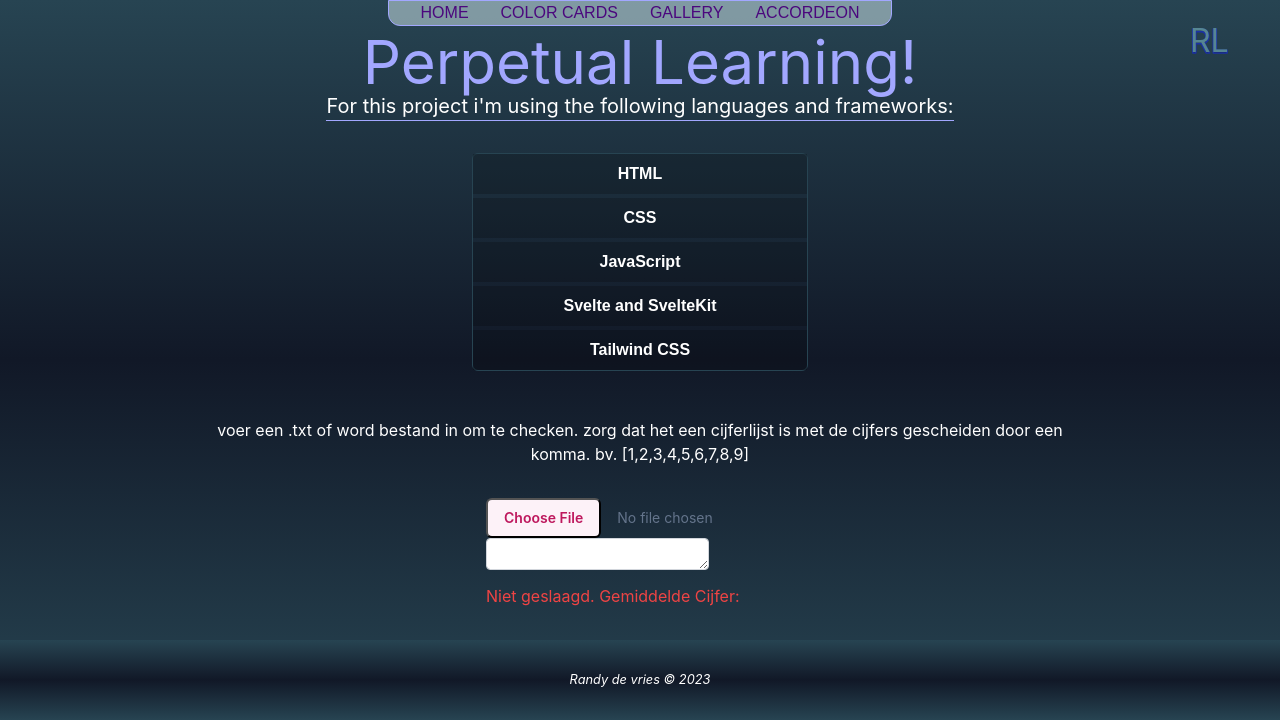
Repository: Freezler/svelte-app
Page: /links
The author's editor kept a copy of each file at every save. The page is drawn from the files as they stood at one save, then again after the next save.
The browser window is 1280 px wide. The pictures show the whole page.
The project was rebuilt for these pictures with package versions that can differ from the ones it lists, and the page was loaded fresh each time. The framework's server and built-in components were replaced by stand-ins that run in the browser. Also part of the build but not shown: svelte.config.js, vite.config.js.

Above is the page before, as saved 2023-11-12 11:44:03.

### src/app.html
<!DOCTYPE html>
<html lang="en">
	<head>
		<meta charset="utf-8" />
		<link rel="icon" href="%sveltekit.assets%/favicon.png" />
		<meta name="viewport" content="width=device-width" />
		%sveltekit.head%
		<title>SvelteKitProject</title>
	</head>
	<body data-sveltekit-preload-data="hover">
		<div style="display: contents">%sveltekit.body%</div>
	</body>
</html>

### src/routes/+layout.svelte
<script>
  import '../app.css';
  import Navbar from '../components/Navbar.svelte';
  import Footer from '../components/Footer.svelte';
</script>

<html lang="en" class="select-none scroll-smooth">
  <head>
    <!-- Add any necessary head content here -->
  </head>
  <body class=" flex flex-col h-full overflow-scroll">
    <Navbar />
    <main>
      <slot />
    </main>
    <Footer />
  </body>
</html>

### src/routes/links/+page.svelte
<script>
	import { onDestroy, onMount } from 'svelte';
	onMount(() => console.log('Mounted Links page'));
	onDestroy(() => console.log('Unmounted Links page'));
	import CijferlijstInput from '../../components/CijferlijstInput.svelte';
	import Accordion from '../../components/Accordion.svelte';

</script>

<main
	class=" z-100 flex h-screen scroll-smooth justify-center items-center w-screen flex-col bg-gradient-to-b from-astral-900 via-gray-900 to-astral-900 overflow-scroll pb-24"
>
<div class="flex flex-col w-[100%] items-center justify-center font-sans h-screen ">
	<h1 class="animate-slow-slide-down text-3xl sm:text-5xl md:text-6xl xl:8xl text-purpleone-300  ">Perpetual Learning!</h1>
	<p class="animate-slow-slide-up text-xs sm:text-[16px] md:text-xl xl:2xl text-white border-b-[1px]  border-purpleone-300 text-purpleone600">For this project i'm using the following languages and frameworks:</p>
	<Accordion />
</div>
<div class="flex flex-col w-[100%] items-center justify-center"></div>
		<CijferlijstInput />
</main>

### src/app.css
@import 'tailwindcss/base';
@import 'tailwindcss/components';
@import 'tailwindcss/utilities';

/* Your custom CSS goes here */
body {
	scroll-behavior: smooth;
}

body * {
	-moz-scrollbar-width: none;
	scrollbar-width: none;
	-ms-overflow-style: none;
}

### src/components/Navbar.svelte
<script>
	let showNav = false;

	const toggleNav = () => {
		showNav = !showNav;
		const body = document.body;

		if (showNav) {
			body.classList.add('overflow-hidden');
		} else {
			body.classList.remove('overflow-hidden');
		}
	};
</script>

<nav
	class=" fixed bottom-0 z-40 flex h-20 w-[100%] select-none items-center justify-between text-center antialiased focus:select-none md:right-0 md:top-0 md:justify-center"
>
	<a href="/" class="ml-3 flex h-16 select-none items-center focus:select-none "
		><svg
			class="flex h-20 animate-pulse md:right-0 md:absolute"
			version="1.1"
			xmlns="http://www.w3.org/2000/svg"
			width="100"
			height="100"
			viewBox="0 0 100 100"
		>
			<!-- Outline -->
			<text
				class="select-none focus:select-none shadow-xl animate-slow-slide-down "
				x="0"
				y="66"
				font-size="40"
				fill="red3"
				stroke="#12ff"
				stroke-width="2"
				stroke-linejoin="round">RL</text
			>
			<!-- Text -->
			<text class="animate-slow-slide-in" x="0" y="65" font-size="40" fill="#87ccd9">RL</text>
		</svg></a
	>

	<!-- Hamburger voorS  mobile/kleine schermen -->
	<button
		class=" mr-8 select-none text-white focus:select-none active:select-none md:hidden"
		on:click={toggleNav}
	>
		<div class="relative flex h-6 w-6 items-center">
			<span
				class={' absolute block h-[2px] w-5 origin-center bg-blueone-50 transition-transform'}
				class:rotate-45={showNav}
				class:top-2={!showNav}
			></span>
			<span
				class={'z-2000 absolute block h-[2px] w-5 origin-center bg-white blur-none transition-transform'}
				class:-rotate-45={showNav}
				class:bottom-2={!showNav}
			></span>
			<span
				class={'z-2000 absolute block h-[2px] w-5 origin-center bg-white blur-none transition-transform'}
				class:-rotate-45={showNav}
				class:bottom-2={!showNav}
			></span>
		</div>
	</button>

	<div
		class={`absolute top-0 z-50	hidden  -[80px] select-none rounded-b-xl text-purplethree-950  font-display uppercase  items-center justify-center gap-8 px-8 border-[1px] border-purpleone-300   bg-astral-100 bg-opacity-50  bg-cover bg-center    md:flex ${
			showNav ? 'hidden' : 'block'
		}`}
	>
	    <a href="/" class="hover:text-cyan-200 hover:bg-slate-500 ">Home</a>
		<a href="/blogs" class="hover:text-cyan-200 hover:bg-slate-500  ">Color Cards</a>
		<a href="/about" class="hover:text-cyan-200 hover:bg-slate-500">Gallery</a>
		<a href="/links" class="hover:text-cyan-200 hover:bg-slate-500">Accordeon</a>
	</div>
</nav>

<!-- Conditional Mobile Menu Overlay -->
{#if showNav}
	<div
		class=" fixed inset-0 z-50 flex animate-slow-fade-in select-none items-center justify-center bg-gray-800 bg-opacity-40 backdrop-blur-[2px]"
		on:click={toggleNav}
		on:keypress={toggleNav}
		role="button"
		tabindex="0"
	>
		<div
			class="absulute flex select-none flex-col items-center text-2xl text-gray-200 opacity-100 transition-opacity duration-100 ease-in-out"
		>
			<a href="/" tabindex="0" class="text-cyan-200"
				><svg xmlns="http://www.w3.org/2000/svg" width="80" height="80" viewBox="0 0 80 80">
					<!-- Outline -->
					<text
						x="16"
						y="50"
						font-family="Inter"
						font-size="40"
						fill="cyan"
						stroke="#dfe2ff"
						stroke-width="6"
						stroke-linejoin="round">RL</text
					>
					<!-- Text -->
					<text x="16" y="50" font-family="Inter" font-size="40" fill="indigo">RL</text>
				</svg>
				<hr class="mb-6 w-full border-bluetwo-400" /></a
			>
			<a href="/projects" tabindex="0" class="text-[#b910377e]">under construction..</a>
			<a href="/blogs" tabindex="0" class="text-[#dfe2ff]">Color Cards</a>
			<a href="/about" tabindex="0" class="text-[#dfe2ff]">Gallery</a>
			<a href="/links" tabindex="0" class="text-[#dfe2ff]">Accordeon</a>
		</div>
	</div>
{/if}

### src/components/Footer.svelte
<script>
</script>

<div class="bg-opacity-70 bg-gradient-to-b from-astral-900 via-gray-900 to-astral-900 bg-cover bg-center bg-no-repeat bg-blone-300  fixed w-screen bottom-0 h-20 flex items-center p-0 m-0">
  <div class="flex w-full items-center justify-around">
	<!-- GitHub icon -->
	<small class="text-white italic">Randy de vries &copy; {new Date().getFullYear()}</small>
  </div>
</div>

### src/components/CijferlijstInput.svelte
<!-- FileInput.svelte -->
<script>
  import { onMount } from 'svelte';

  export let fileContent = '';
  export let isSuccess = false;
  let gemiddeldeCijfer = '';

  function handleFileInput(event) {
	const file = event.target.files[0];

	if (file) {
	  const reader = new FileReader();

	  reader.onload = function (e) {
		const content = e.target.result;
		if (content.trim() !== '') {
		  fileContent = content;
		  isSuccess = true;
		  gemiddeldeCijfer = calculateGemiddeldeCijfer(fileContent);
		}
	  };

	  reader.readAsText(file);
	}
  }

  function calculateGemiddeldeCijfer(content) {
	const cijfers = content.split('\n').filter(line => line.trim() !== '').map(Number);
	const totaal = cijfers.reduce((acc, curr) => acc + curr, 0);
	return totaal / cijfers.length;
  }
</script>
<div class="text-center text-white -translate-y-4 w-[70%]"><h3>voer een .txt of word bestand in om te checken.
	zorg dat het een cijferlijst is met de cijfers gescheiden door een komma. bv. [1,2,3,4,5,6,7,8,9]
</h3></div>
<div class="p-4 min-w-[340px]">
  <input
	type="file"
	accept=".txt, .doc, .docx"
	on:change={handleFileInput}
	class="block w-full text-sm text-slate-500 file:mr-4 file:py-2 file:px-4 file:rounded-md file:border-1 file:text-sm file:font-semibold file:bg-pink-50 file:text-pink-700 hover:file:bg-pink-100"
  />
  <textarea bind:value={fileContent} class=" h-[2rem] w-[fit-content] border border-gray-300 rounded p-2"></textarea>

  {#if isSuccess}
	<h3 class="text-green-500 mt-2 mx-auto">Van harte gefeliciteerd, je bent geslaagd! Gemiddelde Cijfer: {gemiddeldeCijfer}</h3>
  {:else}
	<h3 class="text-red-500 mt-2 mx-auto">Niet geslaagd. Gemiddelde Cijfer: {gemiddeldeCijfer}</h3>
  {/if}
</div>

### src/components/Accordion.svelte
<script>
	let panels = [
		{
			title: 'HTML',
			content:
				'HTML is the standard markup language for documents designed to be displayed in a web browser.'
		},
		{ title: 'CSS', content: 'CSS is used to define styles for your web pages' },
		{
			title: 'JavaScript',
			content: 'JavaScript is used to add interactivity to your web pages'
		},
		{
			title: 'Svelte and SvelteKit',
			content: 'Svelte and SvelteKit are both JavaScript frameworks'
		},
		{ title: 'Tailwind CSS', content: 'Tailwind CSS is a utility-first CSS framework' }
	];

	let expandedPanel = null;

	function togglePanel(panel) {
		if (expandedPanel === panel) {
			expandedPanel = null;
		} else {
			expandedPanel = panel;
		}
	}
</script>

<div class="bg-transparent animate-slow-slide-up z-60 wrapper max-w-[400px] mx-auto mt-[0] w-[80%] text-center rounded-sm p-8">
	<div class="flex flex-col space-y-1  rounded-md border-[1px] border-astral-900">
		{#each panels as panel}
			<!-- svelte-ignore a11y-no-static-element-interactions -->
			<div
				class="relative isolate animate-fast-fade-in overflow-hidden"
				on:click={() => togglePanel(panel)}
				on:keydown={() => togglePanel(panel)}
				aria-roledescription="accordion"
			>
				<div class="" aria-expanded={panel === expandedPanel}>
					<!-- svelte-ignore empty-block -->
					{#if panel === expandedPanel}{/if}
					<div
						class="relative isolate grid place-items-center bg-[rgba(0,0,0,0.2)] p-2 font-display font-bold text-white"
					>
						{panel.title}
					</div>
				</div>
				{#if expandedPanel === panel}
					<div
						class="max-w-[100%] z-20 animate-slow-fade-in bg-astral-900 bg-opacity-70 px-6 py-0"
					>
						<svg
							xmlns="http://www.w3.org/2000/svg"
							class="icon icon-tabler icon-tabler-chevron-up mx-auto animate-pulse"
							width="24"
							height="24"
							viewBox="0 0 24 24"
							stroke-width="1.5"
							stroke="white"
							fill="rgba(39, 68, 82, 100%)"
							stroke-linecap="round"
							stroke-linejoin="round"
						>
							<path stroke="none" d="M0 0h24v24H0z" fill="transparent" />
							<polyline points="6 15 12 9 18 15" />
						</svg>
						<p class="text-white pb-3">
							{panel.content}
						</p>
					</div>
				{/if}
			</div>
		{/each}
	</div>
</div>

### tailwind.config.js
/** @type {import('tailwindcss').Config} */
const plugin = require('tailwindcss/plugin');
export default {
	content: ['./src/**/*.{html,js,svelte,ts}'],
	theme: {
		extend: {

			animation: {
				btnPulse: ' btnPulse 1s infinite',
				'spin-slow': 'spin 3s linear infinite',
				'spin-fast': 'spin 1s linear infinite',
				'slow-fade-in': 'fade-in 0.7s ease-in-out',
				'fast-fade-in': 'fade-in 0.5s ease-in-out',
				'slow-fade-out': 'fade-out 0.5s ease-in-out',
				'fast-fade-out': 'fade-out 0.7s ease-in-out',
				'slow-slide-in': 'slide-in 0.6s ease-in-out',
				'fast-slide-in': 'slide-in 3s ease-in-out',
				'slow-slide-up': 'slide-up 0.6s cubic-bezier(0.215, 0.61, 0.355, 1)',
				'slow-slide-out': 'slide-out 0.6s ease-in-out',
				'fast-slide-out': 'slide-out 0.3s ease-in-out',
				'ani-translate-y': 'translate-y 5s ease-in-out',
				'fast-slide-up': 'slide-up 0.5s cubic-bezier(0.215, 0.61, 0.355, 1)',
				'slow-slide-down': 'slide-down 0.6s cubic-bezier(0.215, 0.61, 0.355, 1)',
				'burger-smooth': 'burger-smooth 2s ease-in-out',
			    'wave': 'wave .9s ease-in-out',
			},
			keyframes: {
				'fade-in': {
					'0%': { opacity: '0' },
					'100%': { opacity: '1' }
				},
				'fade-out': {
					'0%': { opacity: '1' },
					'100%': { opacity: '0' }
				},
				'slide-in': {
					'0%': { transform: 'translateX(-240px)' },
					'100%': { transform: 'translateX(0)' }
				},
				'slide-out': {
					'0%': { transform: 'translateX(0)' },
					'100%': { transform: 'translateX(-100%)' }
				},
				'translate-y': {
					'0%': { transform: 'translateY(0)' },
					'100%': { transform: 'translateY(-100%)' }
				},
				wave: {
					'0%': { transform: 'rotate(0deg)' },
					'25%': { transform: 'rotate(45deg)' },
					'50%': { transform: 'rotate(35deg)' },
					'100%': { transform: 'rotate-45deg)' }
				},
				'slide-up': {
					'0%': { transform: 'translateY(240px)' },
					'100%': { transform: 'translateY(0)' }
				},
				'slide-down': {
					'0%': { transform: 'translateY(-400px)' },
					'100%': { transform: 'translateY(0px)' }
				},
				'btnPulse': {
					'0%': { transform: 'scale(1))' },
					'50%': { transform: 'scale(0.9)' },
					'100%': { transform: 'scale(1)' }
				}
			},

			fontFamily: {
				sans: ['Inter', 'Arial', 'Helvetica', 'sans-serif'],
				serif: ['Georgia', 'serif'],
				mono: ['Menlo', 'Monaco', 'Courier New', 'monospace'],
				display: ['Oswald', 'sans-serif'],
				handwriting: ['Pacifico', 'cursive']
			},
			colors: {
				blueone: {
					50: '#e6f5ff',
					100: '#d2ecff',
					200: '#aedaff',
					300: '#7dbfff',
					400: '#4b94ff',
					500: '#2268ff',
					600: '#003bff',
					700: '#003fff',
					800: '#0035d7',
					900: '#0830a7',
					950: '#072383'
				},
				bluetwo: {
					50: '#f3f6fb',
					100: '#e4e9f5',
					200: '#d0daed',
					300: '#afc2e1',
					400: '#89a2d1',
					500: '#6c85c5',
					600: '#596db7',
					700: '#4e5da7',
					800: '#454e8a',
					900: '#3b436d',
					950: '#272b44'
				},
				bluethree: {
					50: '#f2f6fc',
					100: '#e3ebf6',
					200: '#cdddf0',
					300: '#aac6e6',
					400: '#81a8d9',
					500: '#638cce',
					600: '#4f73c1',
					700: '#4561b0',
					800: '#3d5190',
					900: '#2c395f',
					950: '#242c47'
				},
				astral: {
					50: '#f0fafb',
					100: '#d9f0f4',
					200: '#b8e2e9',
					300: '#87ccd9',
					400: '#4fadc1',
					500: '#328ea3',
					600: '#2d768d',
					700: '#2b6173',
					800: '#2a5160',
					900: '#274452',
					950: '#152c37'
				},
				greenone: {
					50: '#f5ffe5',
					100: '#e6ffc7',
					200: '#cdff96',
					300: '#9ffc41',
					400: '#8bf328',
					500: '#6cd909',
					600: '#50ae02',
					700: '#3e8407',
					800: '#34680c',
					900: '#2c580f',
					950: '#143102'
				},
				greentwo: {
					50: '#f1fcf5',
					100: '#dff9e9',
					200: '#c0f2d4',
					300: '#8fe6b2',
					400: '#56d289',
					500: '#30b768',
					600: '#26aa5d',
					700: '#1e7743',
					800: '#1d5e39',
					900: '#194e31',
					950: '#082b19'
				},
				greenthree: {
					50: '#f2f7f4',
					100: '#dfece3',
					200: '#c1d9ca',
					300: '#98bda8',
					400: '#6b9c82',
					500: '#518a6e',
					600: '#37644f',
					700: '#2c5040',
					800: '#254035',
					900: '#1f352b',
					950: '#101e18'
				},
				roseone: {
					50: '#fef1fa',
					100: '#fde6f7',
					200: '#feccf1',
					300: '#fea3e4',
					400: '#fc6ad0',
					500: '#f74bbf',
					600: '#e61c9a',
					700: '#c90d7d',
					800: '#a60e66',
					900: '#8a1158',
					950: '#550232'
				},
				purpleone: {
					50: '#edf0ff',
					100: '#dfe2ff',
					200: '#c5caff',
					300: '#a2a7ff',
					400: '#7f7cfd',
					500: '#6d5ef6',
					600: '#5e40eb',
					700: '#5d41d3',
					800: '#412ca7',
					900: '#382b84',
					950: '#22194d'
				},
				purpletwo: {
					50: '#fcf3ff',
					100: '#fae7ff',
					200: '#f3ceff',
					300: '#eea7ff',
					400: '#e473ff',
					500: '#d12ef6',
					600: '#bc1edb',
					700: '#9f15b6',
					800: '#841494',
					900: '#6f1679',
					950: '#490151'
				},
				purplethree: {
					50: '#faf5ff',
					100: '#f3e8ff',
					200: '#ead4ff',
					300: '#d9b3ff',
					400: '#c282fe',
					500: '#aa53f9',
					600: '#9530ed',
					700: '#801fd1',
					800: '#6d1faa',
					900: '#591a89',
					950: '#4b077e'
				},
				rosetwo: {
					50: '#fef1f8',
					100: '#fee5f3',
					200: '#ffcae8',
					300: '#ff9fd4',
					400: '#ff64b5',
					500: '#fe1f8a',
					600: '#ef1372',
					700: '#d00657',
					800: '#ac0848',
					900: '#8f0c3f',
					950: '#580021'
				},
				redone: {
					50: '#fff0f0',
					100: '#ffdede',
					200: '#ffc2c2',
					300: '#ff9898',
					400: '#ff5d5d',
					500: '#ff2b2b',
					600: '#f70808',
					700: '#d00505',
					800: '#ac0808',
					900: '#8e0e0e',
					950: '#4e0101'
				},
				redtwo: {
					50: '#fcf4f4',
					100: '#fae6e6',
					200: '#f7d1d1',
					300: '#f0b1b1',
					400: '#e58484',
					500: '#d75c5c',
					600: '#be3c3c',
					700: '#a33232',
					800: '#872d2d',
					900: '#712b2b',
					950: '#3d1212'
				},
				greyone: {
					50: '#f6f6f6',
					100: '#e7e7e7',
					200: '#d1d1d1',
					300: '#b0b0b0',
					400: '#888888',
					500: '#6d6d6d',
					600: '#5d5d5d',
					700: '#4f4f4f',
					800: '#454545',
					900: '#3d3d3d',
					950: '#050505'
				},
				greytwo: {
					50: '#f4f5fa',
					100: '#e7e9f2',
					200: '#d4d7e9',
					300: '#b6bcda',
					400: '#939bc7',
					500: '#797fb8',
					600: '#6769a9',
					700: '#5c5b9a',
					800: '#504e7f',
					900: '#444266',
					950: '#232232'
				}
			}
		},
		screens: {
			// default is oudere schermen erg klein!  -->
			xxxs: '360px', // modernere kleine schermen
			xxs: '480px', // Extra extra small screen size
			xs: '640px', // Extra small screen size
			sm: '768px', // Small screen size
			md: '1024px', // Medium screen size
			lg: '1280px', // Large screen size
			xl: '1440px', // Extra large screen size
			xxl: '1920px', // Extra extra large screen size
			xxxl: '3840px' // 4K screen size (3840px)
			// Je kunt meer schermformaten toevoegen indien nodig
		},

		fonts: {
			sans: ['Inter', 'Arial', 'Helvetica', 'sans-serif'],
			serif: ['Georgia', 'serif'],
			mono: ['Bebas Neue','Monaco', 'Courier New', 'monospace'],
			display: ['San-francisco', 'sans-serif'],
			handwriting: ['Pacifico', 'cursive']
		},
		textShadow: {
			sm: '0 1px 2px var(--tw-shadow-color)',
			DEFAULT: '0 2px 4px var(--tw-shadow-color)',
			lg: '0 8px 16px var(--tw-shadow-color)'
		}
	},
	plugins: [
		plugin(function ({ matchUtilities, theme }) {
			matchUtilities(
				{
					'text-shadow': (value) => ({
						textShadow: value
					})
				},
				{ values: theme('textShadow') }
			);
		})
	]
};

After the next save:
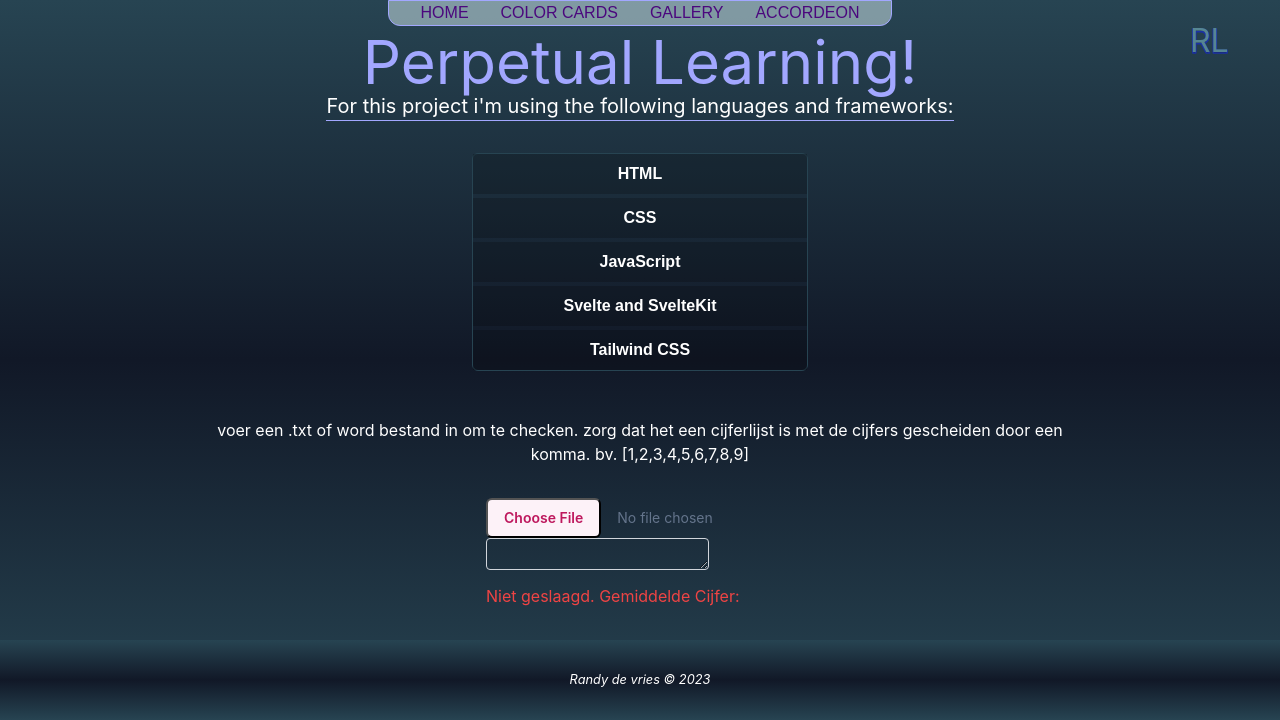
Saved 16 s later.
--- a/src/components/CijferlijstInput.svelte
+++ b/src/components/CijferlijstInput.svelte
@@ -41,7 +41,7 @@
 	on:change={handleFileInput}
 	class="block w-full text-sm text-slate-500 file:mr-4 file:py-2 file:px-4 file:rounded-md file:border-1 file:text-sm file:font-semibold file:bg-pink-50 file:text-pink-700 hover:file:bg-pink-100"
   />
-  <textarea bind:value={fileContent} class=" h-[2rem] w-[fit-content] border border-gray-300 rounded p-2"></textarea>
+  <textarea bind:value={fileContent} class=" h-[2rem] w-[fit-content] bg-transparent border border-gray-300 rounded p-2"></textarea>
 
   {#if isSuccess}
 	<h3 class="text-green-500 mt-2 mx-auto">Van harte gefeliciteerd, je bent geslaagd! Gemiddelde Cijfer: {gemiddeldeCijfer}</h3>
